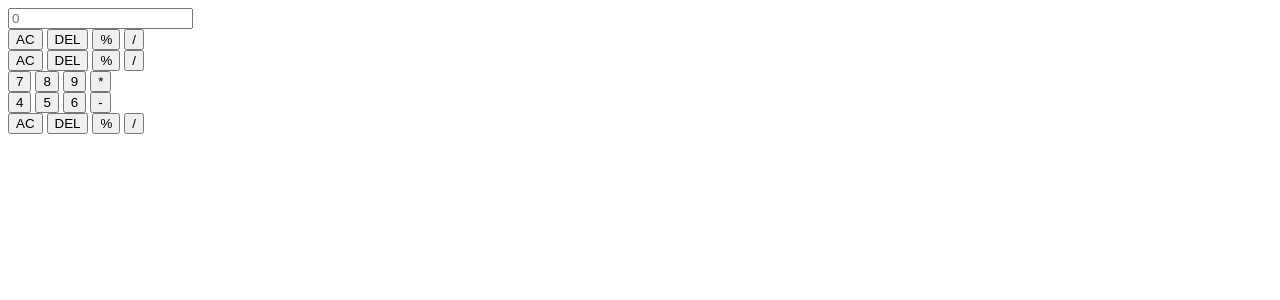
Repository: vaibhav1281/Calculator
Page: index.html
These files come from the project's save history. The page is drawn as it stood at one moment and after a run of saves; the edit follows.
The browser window is 1280 px wide. The pictures show the whole page.

Above is the page before, as saved 2023-05-06 19:39:03.

After the next 7 saves:
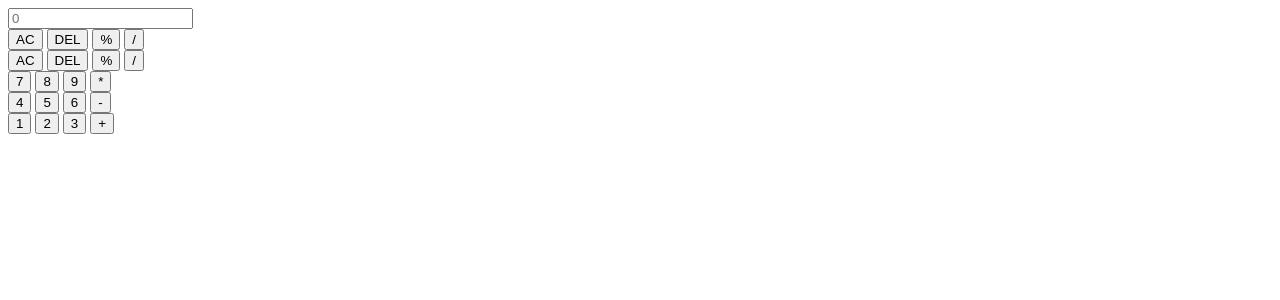
The 7 saves are shown as one change because they came seconds apart.
The last was saved 20 s later.
--- a/index.html
+++ b/index.html
@@ -35,10 +35,10 @@
             <button>-</button>
         </div>
         <div>
-            <button>AC</button>
-            <button>DEL</button>
-            <button>%</button>
-            <button>/</button>
+            <button>1</button>
+            <button>2</button>
+            <button>3</button>
+            <button>+</button>
         </div>
     </div>
 
